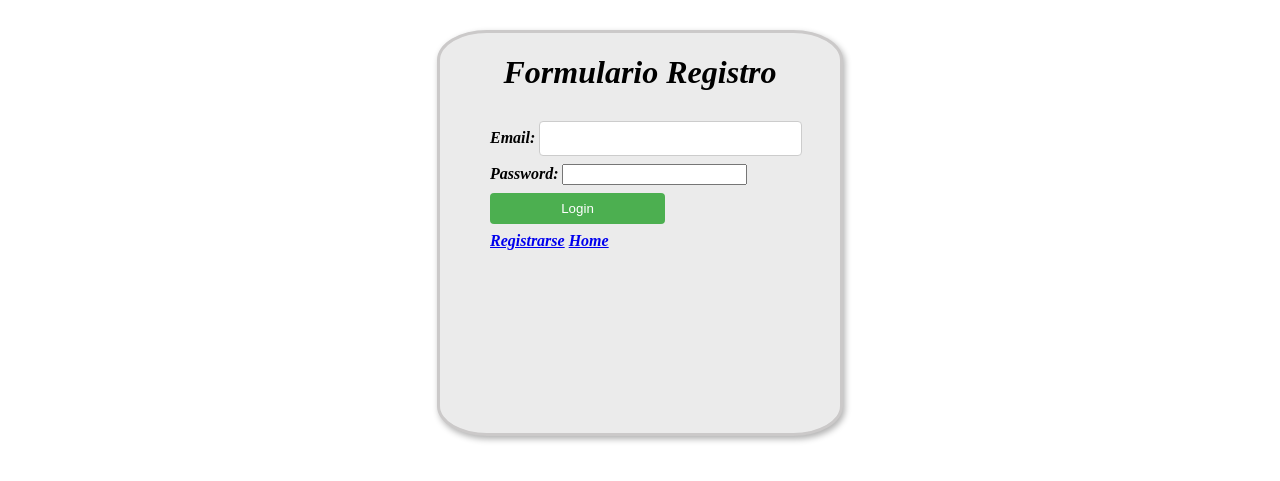
Repository: nachmz42/ProyectoJoker
Page: http://localhost/Joker/login.jsp
The author's editor kept a copy of each file at every save. The page is drawn from the files as they stood at one save, then again after the next save.
The browser window is 1280 px wide. The pictures show the whole page.
The page is served by Tomcat 9. Other server files are loaded and not shown.

Above is the page before, as saved 2021-07-02 12:48:36.

### Joker/src/main/webapp/login.jsp
<%@ page language="java" contentType="text/html; charset=ISO-8859-1"
    pageEncoding="ISO-8859-1"%>
<!DOCTYPE html>
<html>
<head>
<meta charset="ISO-8859-1">
<title>Insert title here</title>
<link rel="stylesheet" href="STYLE/css/login.css"></link>
</head>
<body>
<div class= "testbox">
<h1> Formulario Registro</h1>
<form action="Login"  method="post">
<div class="form2" style="">
<label for="email">Email:</label>
<input class="input" type="email"  name="email" required><br>
<label for="password">Password:</label>
<input class="input" type="password"  name="password" required><br>
<input type="submit" value="Login">
<span style="color: red"><%=(request.getAttribute("msgerr") == null) ? "" : request.getAttribute("msgerr") %></span><br>
<a href="registro.jsp">Registrarse</a>
<a href="index.jsp">Home</a>
</div>

</form>
</div>


</body>
</html>

### Joker/src/main/webapp/STYLE/css/login.css
@charset "ISO-8859-1";

input[type=text], select {
	width: 75%;
	padding: 12px 20px;
	margin: 8px 0;
	display: inline-block;
	border: 1px solid #ccc;
	border-radius: 4px;
	box-sizing: border-box;
}

input[type=email], select {
	width: 75%;
	padding: 9px 12px;
	margin: 8px 0;
	display: inline-block;
	border: 1px solid #ccc;
	border-radius: 4px;
	box-sizing: border-box;
}

input[type=submit] {
	width: 50%;
	background-color: #4CAF50;
	color: white;
	padding: 8px 0px;
	margin: 8px 0;
	border: none;
	border-radius: 4px;
	cursor: pointer;
	Text-align: center;
}

input[type=reset] {
	width: 50%;
	background-color: #FFD333;
	color: white;
	padding: 8px 0px;
	margin: 8px 0;
	border: none;
	border-radius: 4px;
	cursor: pointer;
	Text-align: center;
}


.testbox {
	margin: 30px auto;
	width: 400px;
	height: 400px;
	-webkit-border-radius: 50px/30px;
	-moz-border-radius: 50px/30px;
	border-radius: 50px/30px;
	background-color: #ebebeb;
	-webkit-box-shadow: 2px 3px 6px rgba(0, 0, 0, .31);
	-moz-box-shadow: 2px 3px 6px rgba(0, 0, 0, .31);
	box-shadow: 2px 3px 6px rgba(0, 0, 0, .31);
	border: solid 3px #cbc9c9;
	Text-align: center;
	 font: oblique bold 100% cursive;
}





.form2 {
    Text-align: left;
    width: 350px;
    margin-left: 50px;
}

After the next save:
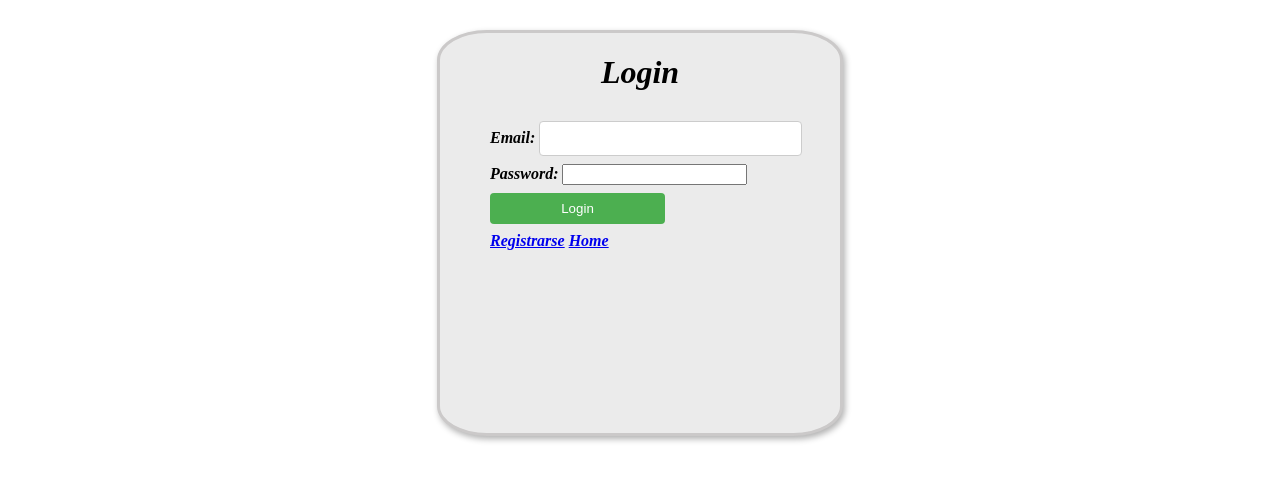
Saved 21 s later.
--- a/Joker/src/main/webapp/login.jsp
+++ b/Joker/src/main/webapp/login.jsp
@@ -9,7 +9,7 @@
 </head>
 <body>
 <div class= "testbox">
-<h1> Formulario Registro</h1>
+<h1> Login</h1>
 <form action="Login"  method="post">
 <div class="form2" style="">
 <label for="email">Email:</label>
